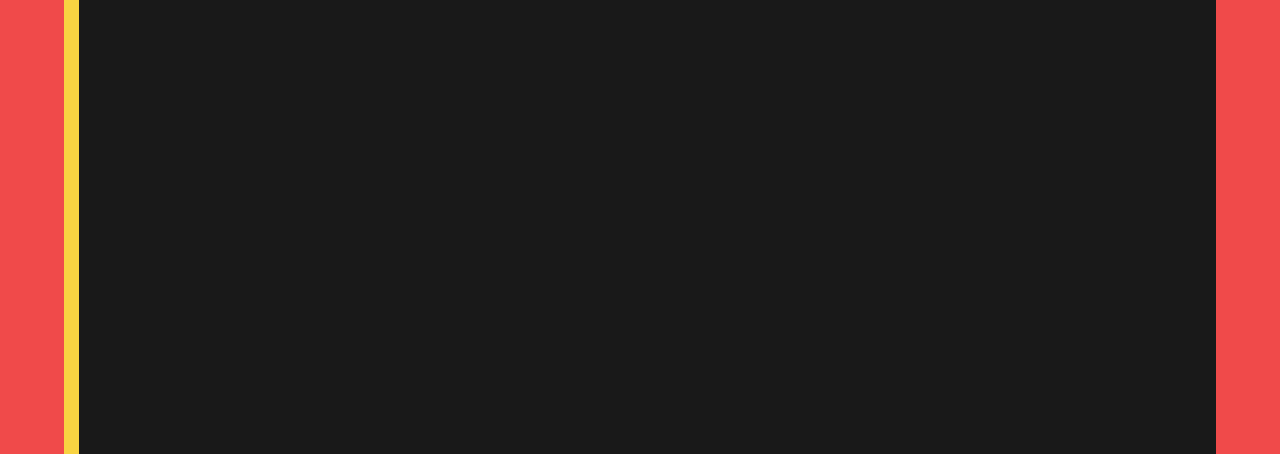
Repository: syedali042/quadacts-cucurico
Page: index.html
An editor plug-in stored every save of this project. The page is shown before and after a run of saves, followed by the edit.
The browser window is 1280 px wide. The pictures show the part of the page from y = 1274 to 1743 px (the page is 1728 px tall before and 1743 px after).

Above is the page before, as saved 2021-10-03 23:10:13.

### index.html
<!DOCTYPE html>
<html lang="en">
<head>
    <meta charset="UTF-8">
    <meta http-equiv="X-UA-Compatible" content="IE=edge">
    <meta name="viewport" content="width=device-width, initial-scale=1.0">
    <link rel="stylesheet" href="index.css">
    <title>Cucurico</title>
</head>
<body>

    <section class="header">

        <div class="header-container">
            <div class="logo-container">
                <img src="logo.jpg" alt="" class="logo">
            </div>
            <div class="menu-container">
                <div class="menu">
                    <ul>
                        <li>Login</li>
                        <li>0512473301</li>
                        <li>Menu 3</li>
                        <li>Menu 4</li>
                        <li>Menu 5</li>
                        <li>Menu 6</li>
                        <li>Menu 7</li>
                    </ul>
                </div>
            </div>
        </div>

    </section>

    <section>

        <div class="first-background">
            <div class="overlay">
                <h2>Text Heading <br> Text Text Heading</h2>
                <p class="text-paragraph">
                    Once you install the extension, you will have the ability to right click on any text and view its font details. Clicking the "Font Details".
                </p>
                <button class="button button2 right-button">Button 2</button>
                <button class="button button3 right-button">Button 1</button>
            </div>
        </div>

    </section>

    <section class="three">
        <img src="bg-2.png" class="img-2">
        <div class="text-white">
            <h2>Heading One</h2>
            <p>

                במשקל ויישום אורח חיים בריא הופכים למטרה <br>אפשרית עם ScaleApp

                ירידה
                 משלב משקל חכם עם אפליקציה <br>המבצעת בקרת משקל ומספקת כלים

                פיתוח חדשני זה
                 לא עוד <br>משקל מיושן שלא יודע לעשות דבר מלבד להציג את משקלכם
                לשמירה על<br> יומיום פעיל ובריא.<br>


                באותו הרגע.מוח חכם, ראש שקילה

                הם <br>רק חלק ממה שנותן ScaleApp למשתמשיו.

            </p>
            <button class="button button4">Button 2</button>
        </div>


    </section>

    <section class="four">

        <div class="dark-bg">

        </div>

    </section>

</body>
</html>

### index.css
body{
    margin: 0;
}
.header{
    background: #fff;
}

.header-container{
    display: flex;
    padding-left: 30px;
    padding-right: 30px;
}
.logo-container{
    width:30%;
}
.logo{
    width: 80px;
    height: 50px;
}
.menu-container{
    width: 70%;
}
.menu ul{
    display: flex;
    align-items: center;
    justify-content: right;
    padding-right: 30px
}
.menu ul li{
    list-style: none;
    padding-right: 30px;
}

.first-background{
    background-image:    url('first-bg.png');
    background-size:     cover;
    background-repeat:   no-repeat;
    background-blend-mode: overlay;
    width: 100%;
    height: 500px;
}

.first-background .overlay{
    margin-top: 13%;
    width: 500px;
    float: right;
}

.first-background .overlay h2{
    padding-right: 20%;
    font-family: 'Assistant';
    font-style: normal;
    font-weight: 800;
    font-size: 30px;
    text-align: right;
    color: #F8D342;
}
.first-background .overlay p{
    padding-right: 20%;
    font-family: 'Assistant';
    font-style: normal;
    font-weight: bold;
    font-size: 13px;
    text-align: right;
    color: #F8D342;
}


.button { /* Green */
    border: none;
    color: white;
    padding: 10px 32px;
    text-align: center;
    text-decoration: none;
    display: inline-block;
    font-size: 16px;
    margin: 4px 2px;
    transition-duration: 0.4s;
    cursor: pointer;
  }
  .right-button{
    float: right;
  }
  .button2{
    margin-right: 20%;
    background-color: #F04A4A;
    color:#fff;
    border: 2px solid #F04A4A;
  }
  .button4{
    /* margin-right: 20%; */
    background-color: #F04A4A;
    color:#fff;
    border: 2px solid #F04A4A;
    float: right;
  }
  .button3 {
    margin-right: 10%;
    background-color: transparent;
    color:#F8D342;
    border: 2px solid #F8D342;
  }

  .button3:hover {
    background-color: #F8D342;
    color: white;
  }
  .three{
      width: 100%;
      height: 700px;
  }
  .img-2{
    width: 100%;
    max-height: 100%;
    position: absolute;
    z-index: -1;
  }
  .text-white{
    background-color: #191919;
    color: #fff;
    width: 50%;
    text-align: right;
    padding-top: 13%;
    margin-right:10%;
    align-items: right;
  }

  .four{
      background-color: #F04A4A;
      width: 100%;
      height: 500px;
      margin-top: -2%;
  }
  .dark-bg{
      display: flex;
      align-items: center;
      justify-content: center;
      background-color: #191919;
      margin-left: 5%;
      margin-right: 5%;
      border-left: 15px solid #F8D342;
      height: 100%;
  }
/*##Device = Desktops
##Screen = 1281px to higher resolution desktops
*/



@media (min-width: 1281px) {

/* CSS */



}

/*
##Device = Laptops, Desktops
##Screen = B/w 1025px to 1280px
*/

@media (min-width: 1025px) and (max-width: 1280px) {

/* CSS */

}

/*
##Device = Tablets, Ipads (portrait)
##Screen = B/w 768px to 1024px
*/

@media (min-width: 768px) and (max-width: 1024px) {

/* CSS */

}

/*
##Device = Tablets, Ipads (landscape)
##Screen = B/w 768px to 1024px
*/

@media (min-width: 768px) and (max-width: 1024px) and (orientation: landscape) {

/* CSS */

}

/*
##Device = Low Resolution Tablets, Mobiles (Landscape)
##Screen = B/w 481px to 767px
*/

@media (min-width: 481px) and (max-width: 767px) {

/* CSS */

}

/*
##Device = Most of the Smartphones Mobiles (Portrait)
##Screen = B/w 320px to 479px
*/

@media (min-width: 320px) and (max-width: 480px) {

/* CSS */

}
/*
#Device = Desktops
##Screen = 1281px to higher resolution desktops
*/

@media (min-width: 1281px) {

/* CSS */

}

/*
##Device = Laptops, Desktops
##Screen = B/w 1025px to 1280px
*/

@media (min-width: 1025px) and (max-width: 1280px) {

/* CSS */

}

/*
##Device = Tablets, Ipads (portrait)
##Screen = B/w 768px to 1024px
*/

@media (min-width: 768px) and (max-width: 1024px) {

/* CSS */

}

/*
##Device = Tablets, Ipads (landscape)
##Screen = B/w 768px to 1024px
*/

@media (min-width: 768px) and (max-width: 1024px) and (orientation: landscape) {

/* CSS */

}

/*
##Device = Low Resolution Tablets, Mobiles (Landscape)
##Screen = B/w 481px to 767px
*/

@media (min-width: 481px) and (max-width: 767px) {

/* CSS */

}

/*
##Device = Most of the Smartphones Mobiles (Portrait)
##Screen = B/w 320px to 479px
*/

@media (min-width: 320px) and (max-width: 480px) {

/* CSS */

}

After the next 2 saves:
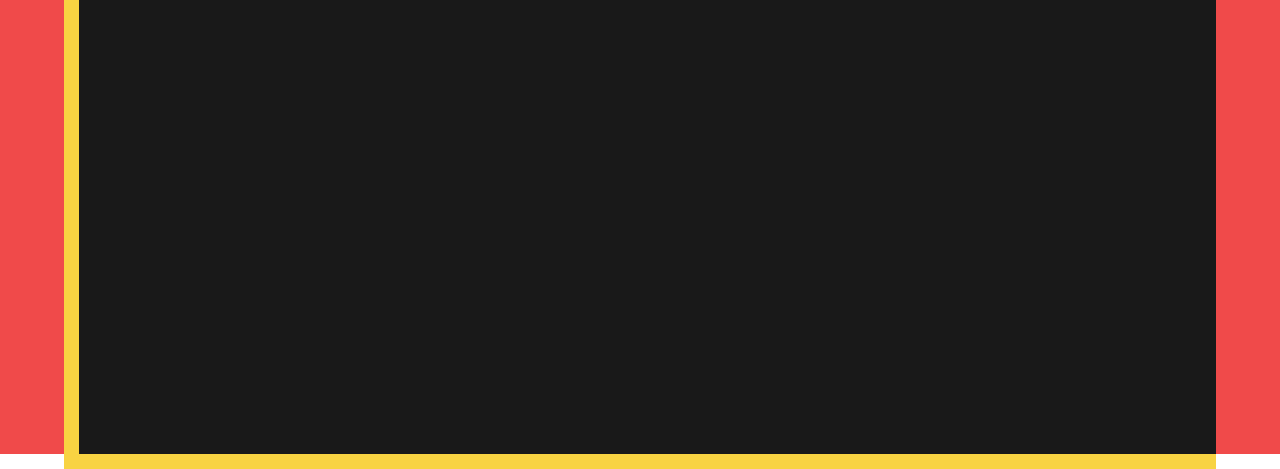
The 2 saves are shown as one change because they came seconds apart.
The last was saved 7 s later.
--- a/index.css
+++ b/index.css
@@ -139,6 +139,7 @@
       margin-left: 5%;
       margin-right: 5%;
       border-left: 15px solid #F8D342;
+      border-bottom: 15px solid #F8D342;
       height: 100%;
   }
 /*##Device = Desktops
